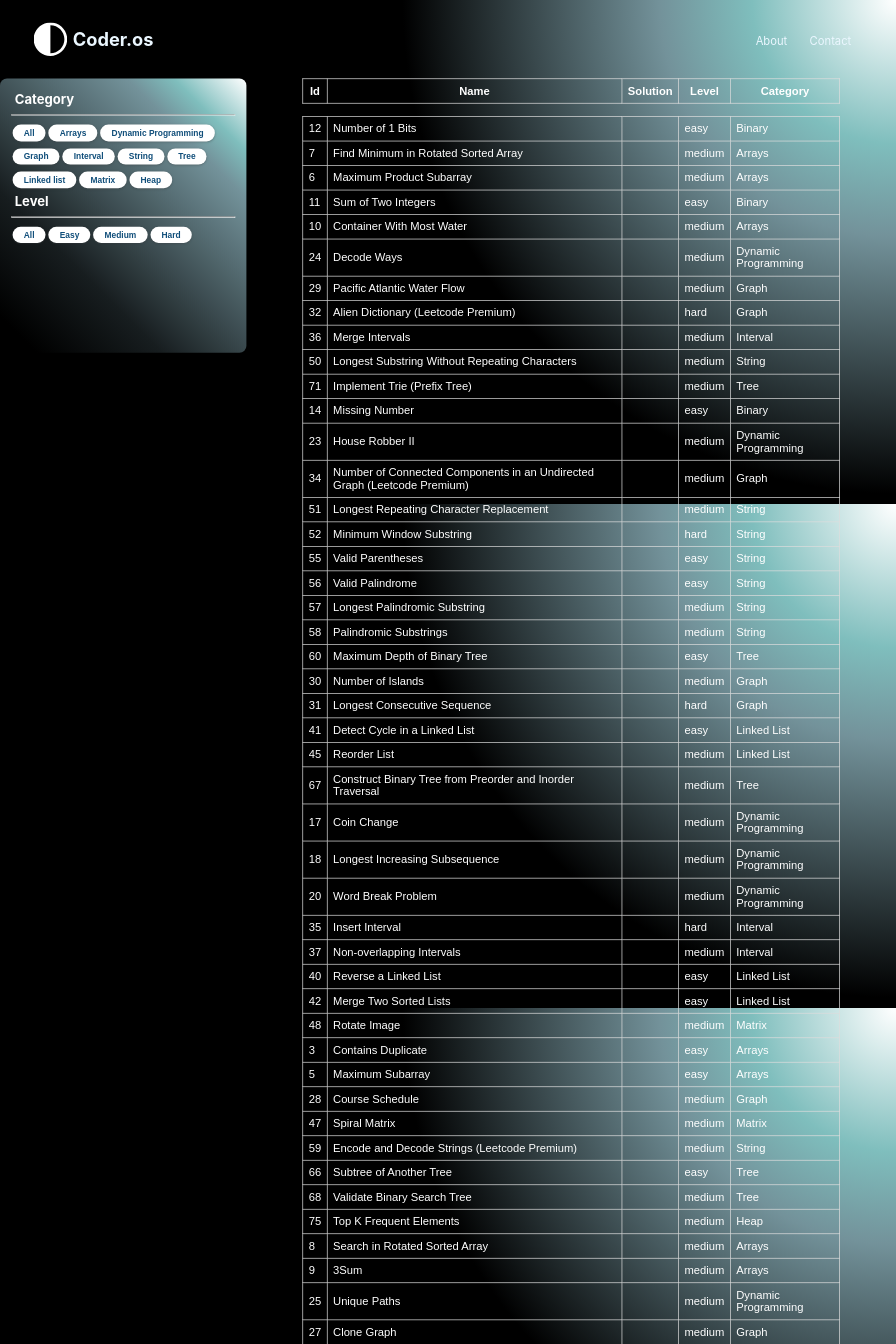
Repository: xoshiraghavx/Coder.os
Page: /mainpage (app in my-app/)
An editor plug-in stored every save of this project. The page is shown before and after the next save, followed by the edit.
The browser window is 1280 px wide. The pictures show the part of the page from y = 0 to 1920 px (the page is 3026 px tall), at 70% of full size.
Backgrounds fixed to the window are drawn as part of the page. The project was rebuilt for these pictures with package versions that can differ from the ones it lists, and the page was loaded fresh each time. Also part of the build but not shown: my-app/src/components/Home/Home.css, my-app/src/components/Home/Home.jsx.

Above is the page before, as saved 2022-12-17 14:07:00.

### my-app/public/index.html
<!DOCTYPE html>
<html lang="en">
  <head>
    <meta charset="utf-8" />
    <link rel="icon" href="%PUBLIC_URL%/assests/logo.png" />
    <meta name="viewport" content="width=device-width, initial-scale=1" />
    <meta name="theme-color" content="#000000" />
    <meta
      name="description"
      content="Web site created using create-react-app"
    />
    <link rel="apple-touch-icon" href="%PUBLIC_URL%/logo192.png" />
    <!--
      manifest.json provides metadata used when your web app is installed on a
      user's mobile device or desktop. See https://developers.google.com/web/fundamentals/web-app-manifest/
    -->
    <link rel="manifest" href="%PUBLIC_URL%/manifest.json" />
    <!--
      Notice the use of %PUBLIC_URL% in the tags above.
      It will be replaced with the URL of the `public` folder during the build.
      Only files inside the `public` folder can be referenced from the HTML.

      Unlike "/favicon.ico" or "favicon.ico", "%PUBLIC_URL%/favicon.ico" will
      work correctly both with client-side routing and a non-root public URL.
      Learn how to configure a non-root public URL by running `npm run build`.
    -->
    <title>Coder.os</title>
  </head>
  <body>
    <noscript>You need to enable JavaScript to run this app.</noscript>
    <div id="root"></div>
    <!--
      This HTML file is a template.
      If you open it directly in the browser, you will see an empty page.

      You can add webfonts, meta tags, or analytics to this file.
      The build step will place the bundled scripts into the <body> tag.

      To begin the development, run `npm start` or `yarn start`.
      To create a production bundle, use `npm run build` or `yarn build`.
    -->
  </body>
</html>

### my-app/src/index.js
import React from 'react';
import ReactDOM from 'react-dom/client';
import './index.css';
import App from './App';
import {BrowserRouter as Router} from "react-router-dom";


const root = ReactDOM.createRoot(document.getElementById('root'));
root.render(
  <Router>
  <App />
  </Router>

);

// If you want to start measuring performance in your app, pass a function
// to log results (for example: reportWebVitals(console.log))
// or send to an analytics endpoint. Learn more: https://bit.ly/CRA-vitals

### my-app/src/index.css
body {
  height: 100%;
  padding: 0;
  margin: 0;
  font-family: -apple-system, BlinkMacSystemFont, 'Segoe UI', 'Roboto', 'Oxygen',
    'Ubuntu', 'Cantarell', 'Fira Sans', 'Droid Sans', 'Helvetica Neue',
    sans-serif;
  -webkit-font-smoothing: antialiased;
  -moz-osx-font-smoothing: grayscale;
background: rgb(255,255,255);
background: radial-gradient(circle at top right, rgba(255,255,255,1) 0%, rgba(127,190,189,1) 14%, rgba(115,146,154,1) 23%, rgba(0,0,0,1) 48%);
background-repeat: no-repeat;
height: 100%;
background-attachment: fixed;
/* color: #fff; */
}

code {
  font-family: source-code-pro, Menlo, Monaco, Consolas, 'Courier New',
    monospace;
}

/*
===============
Variables
===============
*/

:root {
  /* dark shades of primary color*/
  --clr-primary-1: hsl(205, 86%, 17%);
  --clr-primary-2: hsl(205, 77%, 27%);
  --clr-primary-3: hsl(205, 72%, 37%);
  --clr-primary-4: hsl(205, 63%, 48%);
  /* primary/main color */
  --clr-primary-5: hsl(205, 78%, 60%);
  /* lighter shades of primary color */
  --clr-primary-6: hsl(205, 89%, 70%);
  --clr-primary-7: hsl(205, 90%, 76%);
  --clr-primary-8: hsl(205, 86%, 81%);
  --clr-primary-9: hsl(205, 90%, 88%);
  --clr-primary-10: hsl(205, 100%, 96%);
  /* darkest grey - used for headings */
  --clr-grey-1: hsl(209, 61%, 16%);
  --clr-grey-2: hsl(211, 39%, 23%);
  --clr-grey-3: hsl(209, 34%, 30%);
  --clr-grey-4: hsl(209, 28%, 39%);
  /* grey used for paragraphs */
  --clr-grey-5: hsl(210, 22%, 49%);
  --clr-grey-6: hsl(209, 23%, 60%);
  --clr-grey-7: hsl(211, 27%, 70%);
  --clr-grey-8: hsl(210, 31%, 80%);
  --clr-grey-9: hsl(212, 33%, 89%);
  --clr-grey-10: hsl(210, 36%, 96%);
  --clr-white: #fff;
  --clr-red-dark: hsl(360, 67%, 44%);
  --clr-red-light: hsl(360, 71%, 66%);
  --clr-green-dark: hsl(125, 67%, 44%);
  --clr-green-light: hsl(125, 71%, 66%);
  --clr-black: #222;
  --ff-primary: "Roboto", sans-serif;
  --ff-secondary: "Open Sans", sans-serif;
  --transition: all 0.3s linear;
  --spacing: 0.1rem;
  --radius: 0.25rem;
  --light-shadow: 0 5px 15px rgba(0, 0, 0, 0.1);
  --dark-shadow: 0 5px 15px rgba(0, 0, 0, 0.2);
  --max-width: 1170px;
  --fixed-width: 620px;
}
h1{
  color: var(--clr-primary-10);
}

### my-app/src/App.jsx
import React from "react";
import Home from "./components/Home/Home";
import MainPage from "./components/MainPage/MainPage";
import {Routes, Route} from "react-router-dom";

function App() {
  return (

     <Routes>
        <Route path="/" element={<Home />} />
          <Route path="/mainpage" element={<MainPage />} />
      </Routes>
  );
}

export default App;

### my-app/src/components/MainPage/MainPage.jsx
import "./MainPage.css";
import FilterSection from "./FilterSection";
import QuestionBank from "./QuestionBank";
import NavBar from "../NavBar/Navbar";

function MainPage() {
  return (
    <div>
      <NavBar />
      <div className="main-section">
        <FilterSection />
        <QuestionBank />
      </div>
    </div>
  );
}

export default MainPage;

### my-app/src/components/NavBar/Navbar.jsx
import "./NavBar.css";

function NavBar() {
  return (
    <div className="navbar">
      <div className="navbar-wrapper">
        <div className="navbar-logo">
          <img src="assests/code-simple.svg" alt="" />
          <div className="nav-bar-logo__name">Coder.os</div>
        </div>
        <div className="navbar-list">
          <ul>
            <li>
              <a>About</a>
            </li>
            <li>
              <a>Contact</a>
            </li>
          </ul>
        </div>
      </div>
    </div>
  );
}

export default NavBar;

### my-app/src/components/MainPage/MainPage.css

.main-section {
  display: flex;
  flex-direction: row;
}
@media only screen and (max-width: 1100px){
  .main-section{
      display: flex;
     flex-direction: column;
  }
}

### my-app/src/components/MainPage/FilterSection.jsx
import React from "react";
import "./FilterSection.css";

function FilterSection() {
  const Button = [
    {
      Name: "All",
    },
    {
      Name: "Arrays",
    },
    {
      Name: "Dynamic Programming",
    },
    {
      Name: "Graph",
    },
    {
      Name: "Interval",
    },
    {
      Name: "String",
    },
    {
      Name: "Tree",
    },
    {
      Name: "Linked list",
    },
    {
      Name: "Matrix",
    },
    {
      Name: "Heap",
    },
  ];
  const Level = [
    {
      Name: 'All',
    },
    {
      Name: 'Easy',
    },
    {
      Name: 'Medium',
    },
    {
      Name: 'Hard',
    }
  ]
  return (
    <div>
      <div className="filter-section">
        <div className="category">
          <div className="category-heading">
            <h3 className="title">Category</h3>
            <hr />
          </div>
          <div className="category-buttons">
          {Button.map((button) => (
            <button className="buttons">{button.Name}</button>
          ))}
          </div>
        </div>

        <div className="level">
          <div className="level-heading">
            <h3 className="title">Level</h3>
            <hr />
          </div>
        </div>
        <div className="level-buttons">
          {
            Level.map((level)=>(
              <button className="buttons">{level.Name}</button>
            ))
          }

        </div>
      </div>
    </div>
  );
}

export default FilterSection;

### my-app/src/components/MainPage/QuestionBank.jsx
import React from "react";
import "./QuestionBank.css";
import Questions from "../../assests/updated.json";

function QuestionBank() {
  return (
    <div>
      <div className="ques-section">
        <table id="customer">
          <tr>
            <th>Id</th>
            <th>Name</th>
            <th>Solution</th>
            <th>Level</th>
            <th>Category</th>
          </tr>
          <br />
          {Questions.map((question) => (
            <>
              <tr>
                <td>{question.Id}</td>
                <td>{question.Name}</td>
                <td>{question.Solution}</td>
                <td>{question.Level}</td>
                <td>{question.Category}</td>
              </tr>
            </>
          ))}
        </table>
      </div>
    </div>
  );
}

export default QuestionBank;

### my-app/src/components/NavBar/NavBar.css
.navbar-wrapper{
    height: auto;
    display: flex;
    flex-direction: row;
    padding: 2rem 3rem;
}
.navbar-logo img{
    height: 3rem;
}
.navbar-logo{
    display: flex;
    flex-direction: row;
    color: var(--clr-primary-10);
}
.nav-bar-logo__name{
    margin: 0.5rem;
    font-weight: bold;
    font-size: 26px;
}
.navbar-list ul{
    list-style-type: none;
    display: flex;
    flex-direction: row;
    margin: 0;
    padding: 0rem 3rem;
}
.navbar-list li a{
    padding: 0.5rem ;
    margin: 0.5rem;
    color: var(--clr-primary-10);
}
.navbar-list{
    position: absolute;
    right: 0;
    margin-top: 1rem;
}
.navbar-list li :hover{
    color: var(--clr-primary-1);
    cursor: pointer;
    font-size: large;
}
@media only screen and (max-width: 600px){
    .navbar-list ul{
        padding: 0rem;
    }
    .navbar-logo img{
        height: 2.5rem;
    }
   .nav-bar-logo__name{
        font-size: 20px;
    }
}

### my-app/src/components/MainPage/FilterSection.css
.filter-section {
  background: rgb(255, 255, 255);
  background: linear-gradient(
    225deg,
    rgba(255, 255, 255, 1) 0%,
    rgba(173, 213, 213, 1) 9%,
    rgba(136, 195, 194, 1) 13%,
    rgba(127, 190, 189, 1) 14%,
    rgba(115, 146, 154, 1) 23%,
    rgba(23, 29, 31, 1) 69%,
    rgba(0, 0, 0, 1) 93%
  );
  width: 20rem;
  height: 50vh;
  border-radius: 10px;
  border-color: white;
  padding: 1rem;
}
.buttons {
  background-color: white;
  padding: 0.3rem 1rem;
  border-radius: 100px;
  font-size: 12px;
  color: var(--clr-primary-2);
  font-weight: bold;
  margin: 5px 2px;
  box-shadow: rgba(60, 64, 67, 0.3) 0px 1px 2px 0px,
    rgba(60, 64, 67, 0.15) 0px 1px 3px 1px;
  border: none;
}
h3 {
  color: #ffffff;
}
.title {
  margin: auto;
  padding: 2px 5px;
}
.buttons:hover {
  cursor: pointer;
}
@media only screen and (max-width: 1100px){
  .filter-section{
    width: 80%;
    height: 20vh;
  }
}

### my-app/src/components/MainPage/QuestionBank.css
.ques-section{
    position: absolute;
    right: 0;
    margin-right: 5rem;
    width: 60%;
}
th, td {
    padding: 0.2rem;
    border: 1px solid #ddd;
    padding: 8px;
}
table{
    width: 100%;
    font-family: Arial, Helvetica, sans-serif;
    border-collapse: collapse;
    color: #ffffff;
}


  #customers tr:nth-child(even){background-color: #f2f2f2;}

  #customers tr:hover {background-color: #ddd;}

  #customers th {
    padding-top: 12px;
    padding-bottom: 12px;
    text-align: left;
    background-color: #04AA6D;
    color: white;
  }
.ques-bar{
   display: flex;
  flex-direction: row;
  font-weight: bold;
  justify-content: space-between;
  background: #ffffff;
  padding: 1rem;
  border-radius: 20px;
}
.ques-bank{
    margin-top: 1rem;
    background: #ffffff;
    padding: 1rem;
    font-weight: bold;
    border-radius: 20px;
}
.ques{
    display: flex;
    flex-direction: row;
    justify-content: space-between;
}
@media only screen and (max-width: 1100px){
    .ques-section{
        position: absolute;
        left: 0;
        top: 23rem;
        width: 80%;
        margin-left: 2rem;
    }
}

Loaded but not shown: my-app/src/assests/updated.json (677 lines, source omitted)

After the next save:
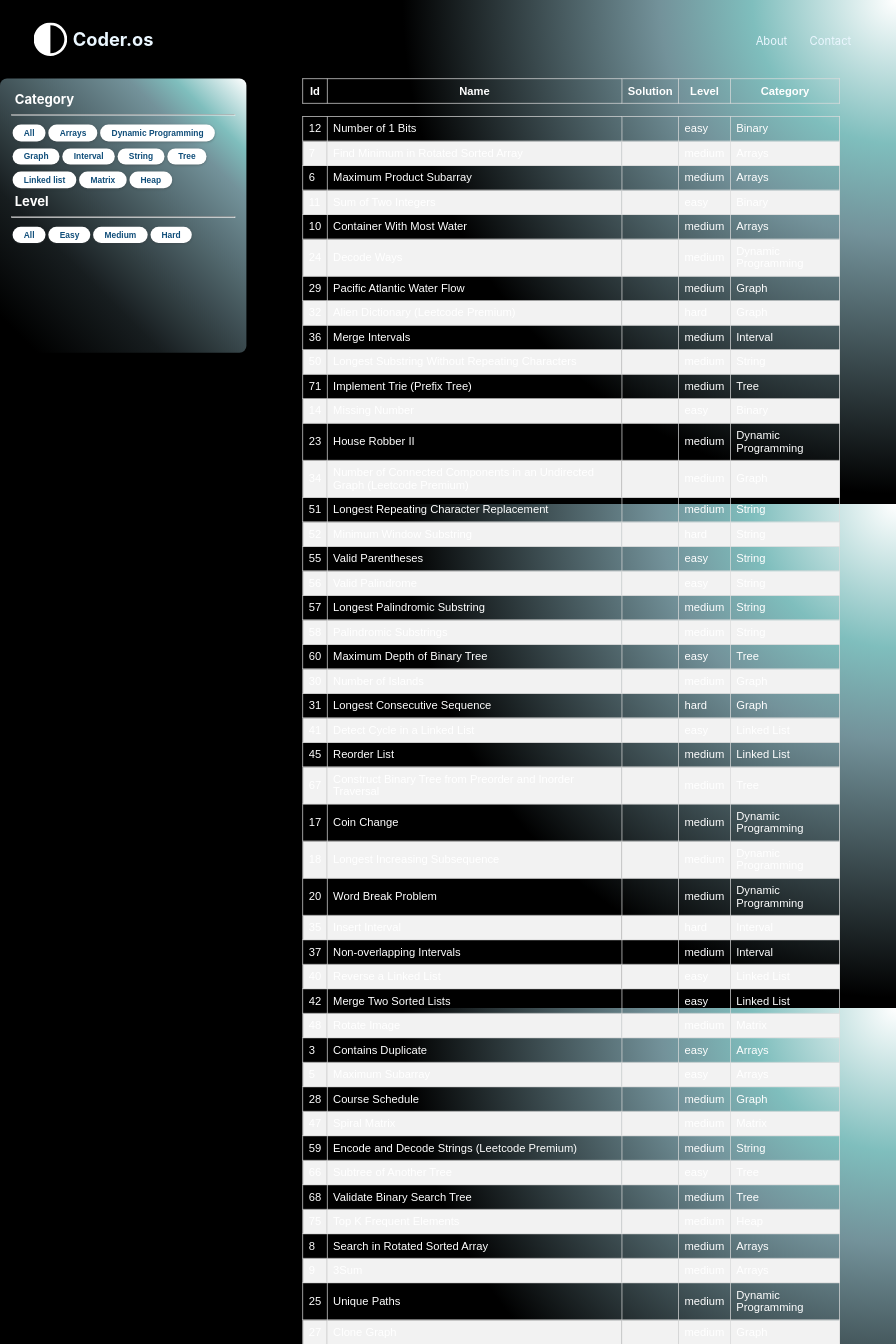
Saved 5 s later.
--- a/my-app/src/components/MainPage/QuestionBank.css
+++ b/my-app/src/components/MainPage/QuestionBank.css
@@ -17,7 +17,7 @@ table{
 }
 
 
-  #customers tr:nth-child(even){background-color: #f2f2f2;}
+  table tr:nth-child(even){background-color: #f2f2f2;}
 
   #customers tr:hover {background-color: #ddd;}
 
